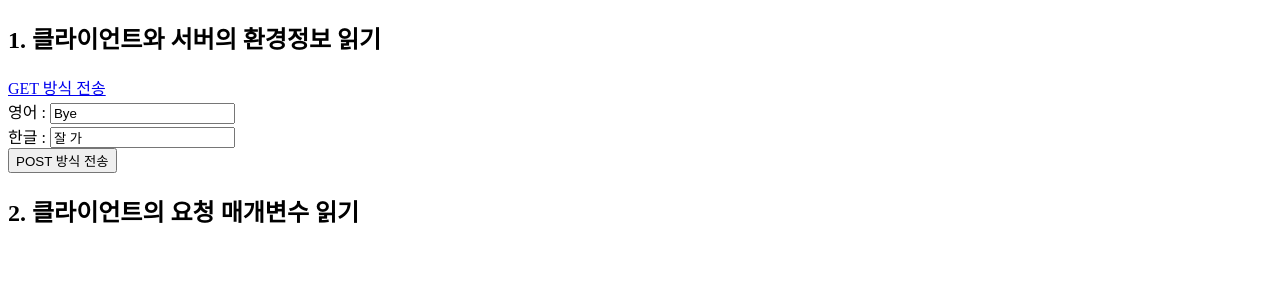
Repository: iamstudybox00/JSP_Servlet
Page: http://localhost/MustHaveJSP/02ImplicitObject/RequestMain.jsp
The author's editor kept a copy of each file at every save. The page is drawn from the files as they stood at one save, then again after a run of saves.
The browser window is 1280 px wide. The pictures show the whole page.
The page is served by Tomcat 10.

Above is the page before, as saved 2025-05-02 05:48:29.

After the next 5 saves:
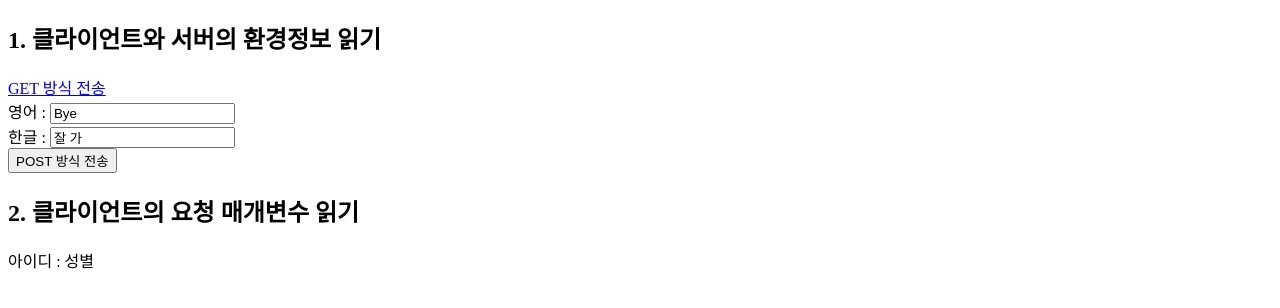
The 5 saves are shown as one change because they came seconds apart.
The last was saved 51 s later.
--- a/MustHaveJSP/src/main/webapp/02ImplicitObject/RequestMain.jsp
+++ b/MustHaveJSP/src/main/webapp/02ImplicitObject/RequestMain.jsp
@@ -19,5 +19,9 @@
 		</form>
 
 		<h2>2. 클라이언트의 요청 매개변수 읽기</h2>
+		<form method="post" action="RequestParameter.jsp">
+			아이디 :
+			성별
+		</form>
 	</body>
 </html>
